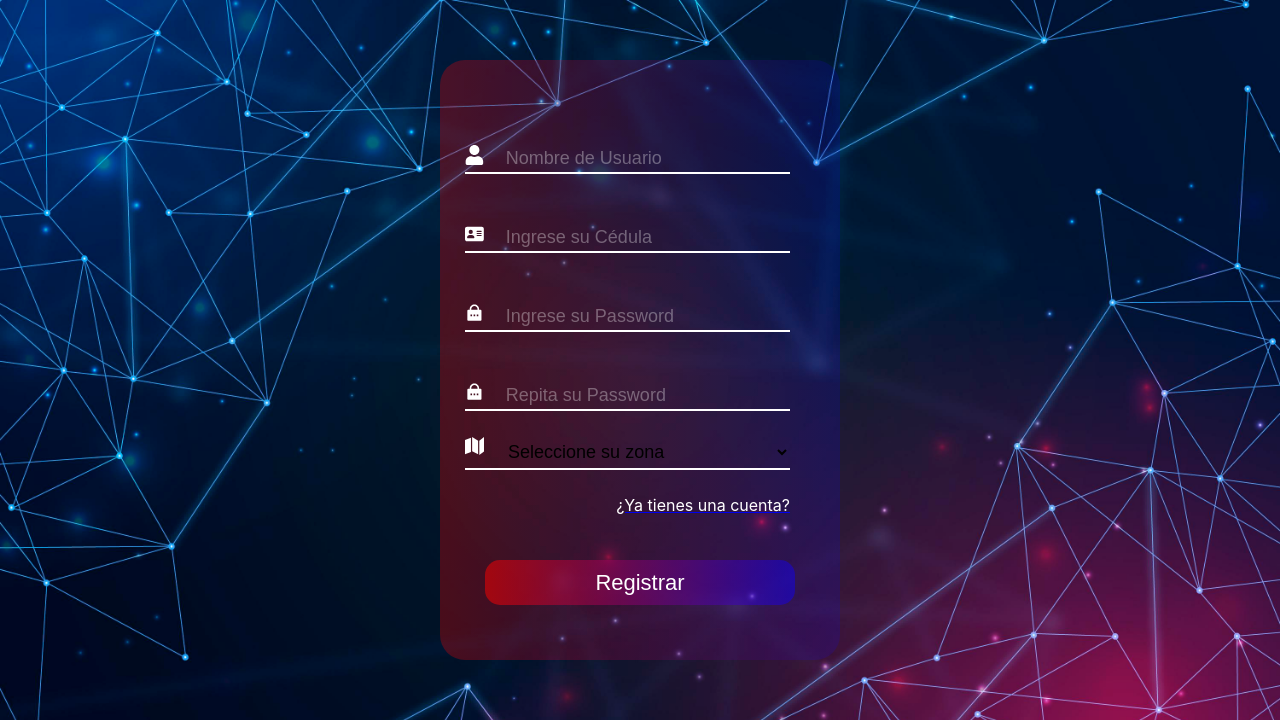
Repository: Davic1o/municipio
Page: /Registro
An editor plug-in stored every save of this project. The page is shown before and after the next save, followed by the edit.
The browser window is 1280 px wide. The pictures show the whole page.
The project was rebuilt for these pictures with package versions that can differ from the ones it lists, and the page was loaded fresh each time. Also part of the build but not shown: src/pages/Login/Login.jsx, src/pages/Administrador/Admin.jsx, src/pages/Coord/Coord.jsx, src/pages/User/User.jsx, src/pages/ConfirmacionRegistro/ConfirmacionRegistro.jsx.

Above is the page before, as saved 2024-02-06 20:33:15.

### src/index.js
import React from 'react';
import ReactDOM from 'react-dom/client';
import './index.css';
import App from './App';
import { BrowserRouter } from 'react-router-dom';

const root = ReactDOM.createRoot(document.getElementById('root'));
root.render(
  <BrowserRouter>
    <App />
   </BrowserRouter>
);

### src/index.css
body {
  margin: 0;
  font-family: -apple-system, BlinkMacSystemFont, 'Segoe UI', 'Roboto', 'Oxygen',
    'Ubuntu', 'Cantarell', 'Fira Sans', 'Droid Sans', 'Helvetica Neue',
    sans-serif;
  -webkit-font-smoothing: antialiased;
  -moz-osx-font-smoothing: grayscale;
}

code {
  font-family: source-code-pro, Menlo, Monaco, Consolas, 'Courier New',
    monospace;
}
input{
  text-decoration: none;
  border: none;
}
button{
  background-color: transparent;
  text-decoration: none;
  border: none;
}

### src/App.jsx

import './App.css';
import Rutas from './routes/Rutas';

function App() {
  return (
    <div className="App">
      <Rutas/>
    </div>
  );
}

export default App;

### src/routes/Rutas.jsx
import React from 'react'
import { Routes, Route } from 'react-router-dom';
import Login from '../pages/Login/Login';
import Admin from '../pages/Administrador/Admin';
import Coord from '../pages/Coord/Coord';
import User from '../pages/User/User';
import Register from '../pages/Register/Register';
import ConfirmacionRegistro from '../pages/ConfirmacionRegistro/ConfirmacionRegistro';


function Rutas() {
  return (


    <Routes>
    <Route exact path="/" element={<Login/>} />
    <Route exact path="/Registro" element={<Register/>} />
    <Route exact path="/ConfirmacionRegistro" element={<ConfirmacionRegistro/>} />
    <Route exact path="/Administrador" element={<Admin/>} />
    <Route path='/Coordinador' element={<Coord/>} />
    <Route path='/Usuario' element={<User/>} />

    </Routes>

  )
}

export default Rutas

### src/pages/Register/Register.jsx
import React, { useState } from 'react';
import { FaUser } from 'react-icons/fa';
import { RiLockPasswordFill } from 'react-icons/ri';
import { FaAddressCard } from "react-icons/fa6";
import { ImMap } from "react-icons/im";
import { Link, useNavigate } from "react-router-dom";
import './register.css';

const Register = () => {
  const Navigate = useNavigate();
  const [username, setUsername] = useState('');
  const [cedula, setCedula] = useState('');
  const [password, setPassword] = useState('');
  const [confirmPassword, setConfirmPassword] = useState('');
  const [zona, setZona] = useState(''); // Nuevo estado para la zona
  const [errorMessage, setErrorMessage] = useState('');

  const validarFormulario = () => {
    if (password !== confirmPassword) {
      setErrorMessage('Las contraseñas no coinciden');
      alert('Las contraseñas no coinciden');
      limpiarCampos();
      return false;
    }

    if (!username || !cedula || !password || !confirmPassword || !zona) {
      setErrorMessage('Por favor, complete todos los campos.');
      alert('Por favor, complete todos los campos.');
      return false;
    }

    setErrorMessage('');
    return true;
  };

  const limpiarCampos = () => {
    setUsername('');
    setCedula('');
    setPassword('');
    setConfirmPassword('');
    setZona(''); // Limpiar el campo de la zona también
  };

  const handleRegistroClick = () => {
    if (validarFormulario()) {
      // Crear un objeto con la información del usuario
      const userInfo = {
        username,
        cedula,
        password,
        confirmPassword,
        zona,
      };

      console.log(userInfo);

      // Realizar acciones adicionales para el registro

      // Pasar userInfo como estado en Navigate
      Navigate('/ConfirmacionRegistro', { state: { userInfo } });

      // Limpia los campos después del registro exitoso
      limpiarCampos();
    }
  };

  return (
    <div className="login__container">
      <div className="register__recuadro">
        <div className="register__formulario">
          <div className="contenedor__nombre">
            <FaUser className="icon__nombre" />
            <input
              type="text"
              className="inp__nombre"
              placeholder="Nombre de Usuario"
              value={username}
              onChange={(e) => setUsername(e.target.value)}
            />
          </div>
          <div className="contenedor__nombre">
            <FaAddressCard className="icon__password" />
            <input
              type="text"
              className="inp__nombre"
              placeholder="Ingrese su Cédula"
              value={cedula}
              onChange={(e) => setCedula(e.target.value)}
            />
          </div>
          <div className="contenedor__password">
            <RiLockPasswordFill className="icon__password" />
            <input
              type="password"
              className="inp__password"
              placeholder="Ingrese su Password"
              value={password}
              onChange={(e) => setPassword(e.target.value)}
            />
          </div>
          <div className="contenedor__password">
            <RiLockPasswordFill className="icon__password" />
            <input
              type="password"
              className="inp__password"
              placeholder="Repita su Password"
              value={confirmPassword}
              onChange={(e) => setConfirmPassword(e.target.value)}
            />
          </div>
          <div className="contenedor__zona">
          <ImMap className="icon__password" />
            <select
              id="zona"
              value={zona}
              onChange={(e) => setZona(e.target.value)}
            >
              <option className='primer__opcion' value="">Seleccione su zona</option>
              <option value="norte">Zona Norte</option>
              <option value="sur">Zona Sur</option>
              <option value="centro">Zona Centro</option>
            </select>
          </div>
          <div className="contenedor__registrar">
            <Link to={'/'}>
              <label htmlFor="" className="lbl__registrar">
                ¿Ya tienes una cuenta?
              </label>
            </Link>
          </div>
          <div className="contendor__ingresar">
            <button className="btn__ingresar" onClick={handleRegistroClick}>
              Registrar
            </button>
          </div>
        </div>
      </div>
    </div>
  );
};

export default Register;

### src/pages/Login/login.css
.login__container {
    background-image:  url('../../images/fondo_informacion.jpg');
    background-size: cover;
    height: 100vh;
    width: 100vw;
    box-sizing: border-box;
    display: flex;
    align-items: center;
    justify-content: center;
    z-index: 0;
}
.login__recuadro{
    width: 400px;
    height: 600px;
    border-radius: 25px;
    background: linear-gradient(to right, rgba(253, 0, 0, 0.288) 1%, rgba(16, 0, 235, 0.171));
}
.login__formulario{
    margin-top: 200px;
}
.contenedor__nombre, .contenedor__password{
    padding-top: 25px;
    width: 325px;
    margin: 25px;
    display: flex;
    border-bottom: 2px solid white ;
}
.icon__nombre, .icon__password{
    margin-right: 20px;
    font-size: 20px;
    background-color: transparent;
    color: white;
}
.inp__nombre, .inp__password{

    background-color: transparent;
    width: 300px;
    height: 25px;
    font-size: 18px;
    color: white;
}
.inp__nombre::placeholder, .inp__password::placeholder{
    font-size: 18px;
color: rgba(255, 255, 255, 0.336);
}
.inp__nombre:focus, .inp__password:focus{
    outline: none;
    font-size: 18px;
    border: none;
    color: white;
}
.contenedor__recuerdame{
    width: 325px;
    margin: 25px;
    display: flex;
}
.inp__recuerdame{
    transform: scale(1.5);
    margin-right: 20px;
}
.lbl__recuerdame{
    font-size: 18px;
    color: white;
}
.contenedor__registrar{
    width: 325px;
    margin: 25px;
    display: flex;
    justify-content: right;
}
.lbl__registrar{
    color: white;
}
.lbl__registrar:hover{
    color: blue;
    cursor: pointer;
}
.contendor__ingresar{

    background: linear-gradient(to right, rgba(253, 0, 0, 0.514) 1%, rgba(16, 0, 235, 0.514));
    border-radius: 15px;
    margin: 45px;
    display: flex;
    justify-content: center;
}
.btn__ingresar{
    height: 45px;
    color: white;
    font-size: 22px;
    cursor: pointer;

}

### src/pages/Register/register.css

.register__recuadro{
    width: 400px;
    height: 600px;
    border-radius: 25px;
    background: linear-gradient(to right, rgba(253, 0, 0, 0.288) 1%, rgba(16, 0, 235, 0.171));
}
.register__formulario{
    margin-top: 60px;
}

.contenedor__zona{
    width: 325px;
    margin: 25px;
    display: flex;
    justify-content: right;
    border-bottom: 2px solid white;
}


.contenedor__zona select {
    width: 300px;
    margin: 0px;
    justify-content: right;
    font-size: 18px;
    background-color: transparent;
    color: rgb(0, 20, 50);
    border: none;
    padding-top: 5px;
    padding-bottom: 5px;

  }
/* Estilo para la primera opción del select */
.primer__opcion {
    color: #FF0000; /* Puedes ajustar el color según tus preferencias */
  }
  #zona {
    color: inherit;
  }

  #zona option {
    color: inherit;
  }

  /* Estilos adicionales para resaltar el texto del placeholder */
  .contenedor__zona select::placeholder {
    font-size: 18px;
  }

  .contenedor__zona select:focus {
    outline: none;
    border-bottom: 2px solid rgb(255, 255, 255); /* Cambia el color del borde cuando el select está enfocado */
  }

Loaded but not shown: public/index.html (common file); src/App.css (common file)

After the next save:
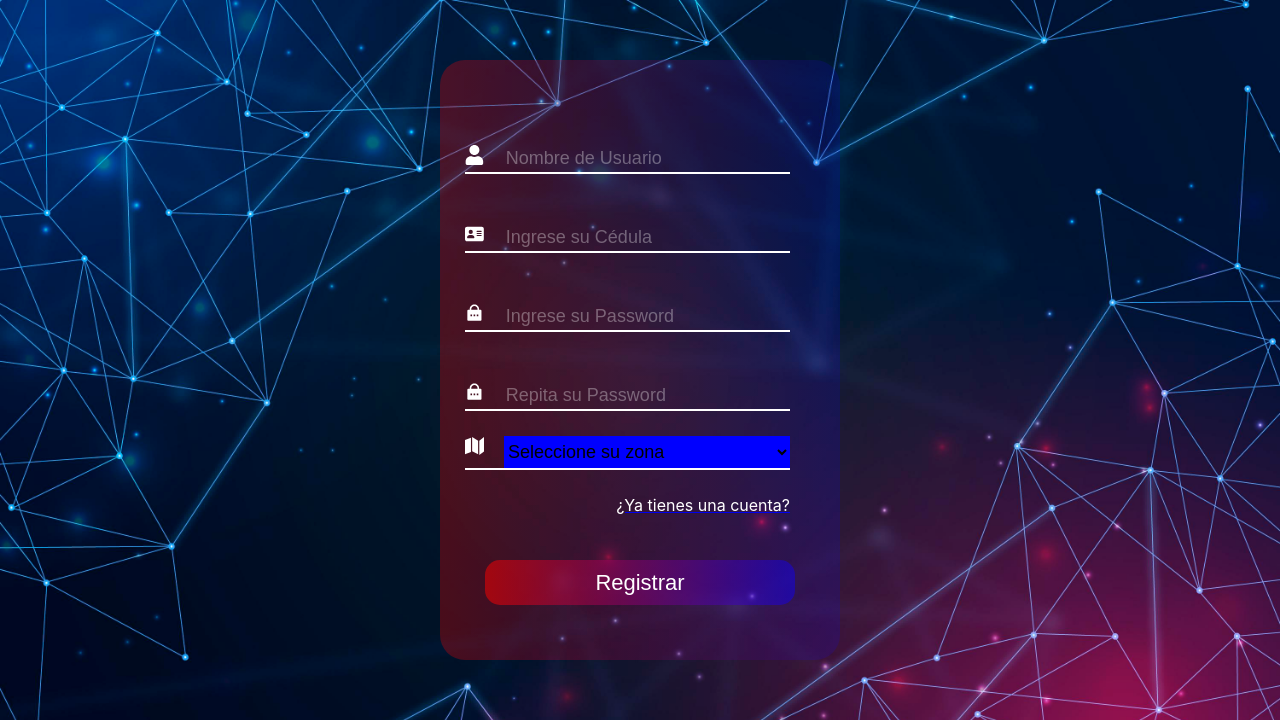
Saved 26 s later.
--- a/src/pages/Register/register.css
+++ b/src/pages/Register/register.css
@@ -23,7 +23,7 @@
     margin: 0px;
     justify-content: right;
     font-size: 18px;
-    background-color: transparent;
+    background-color: blue;
     color: rgb(0, 20, 50);
     border: none;
     padding-top: 5px;

After the save that followed:
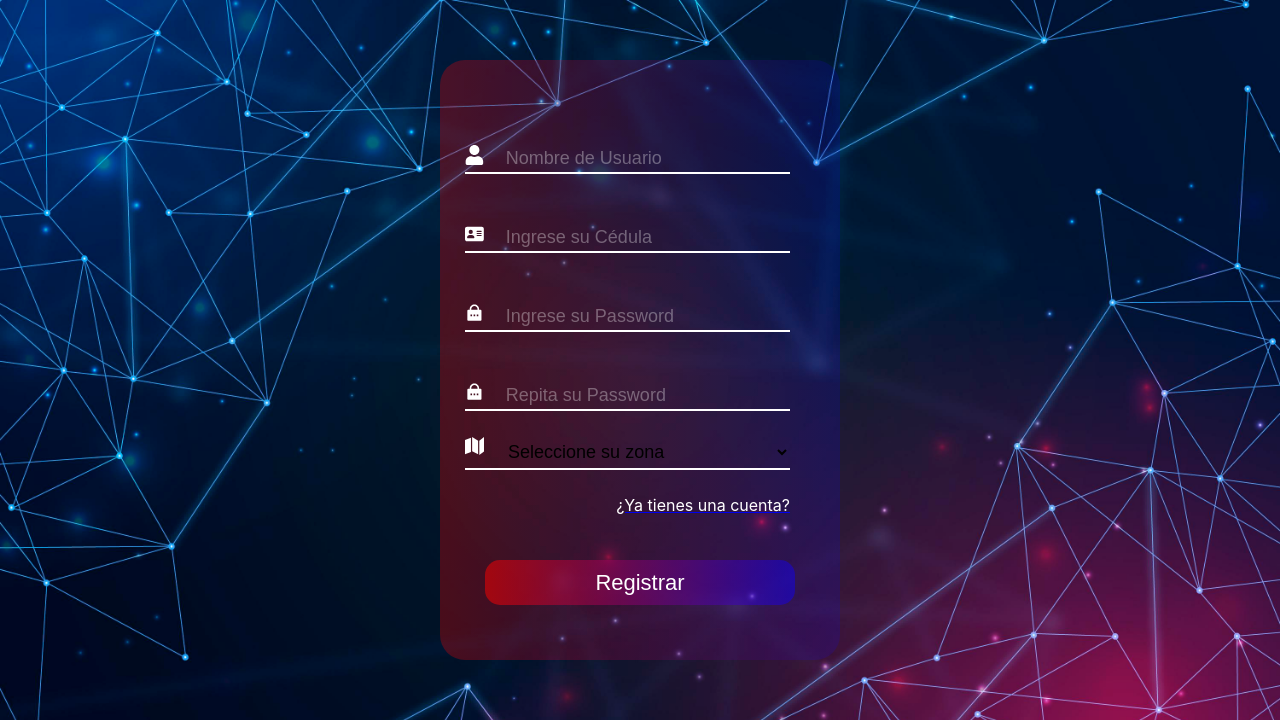
Saved 10 s later.
--- a/src/pages/Register/register.css
+++ b/src/pages/Register/register.css
@@ -23,7 +23,7 @@
     margin: 0px;
     justify-content: right;
     font-size: 18px;
-    background-color: blue;
+    background-color: transparent;
     color: rgb(0, 20, 50);
     border: none;
     padding-top: 5px;
